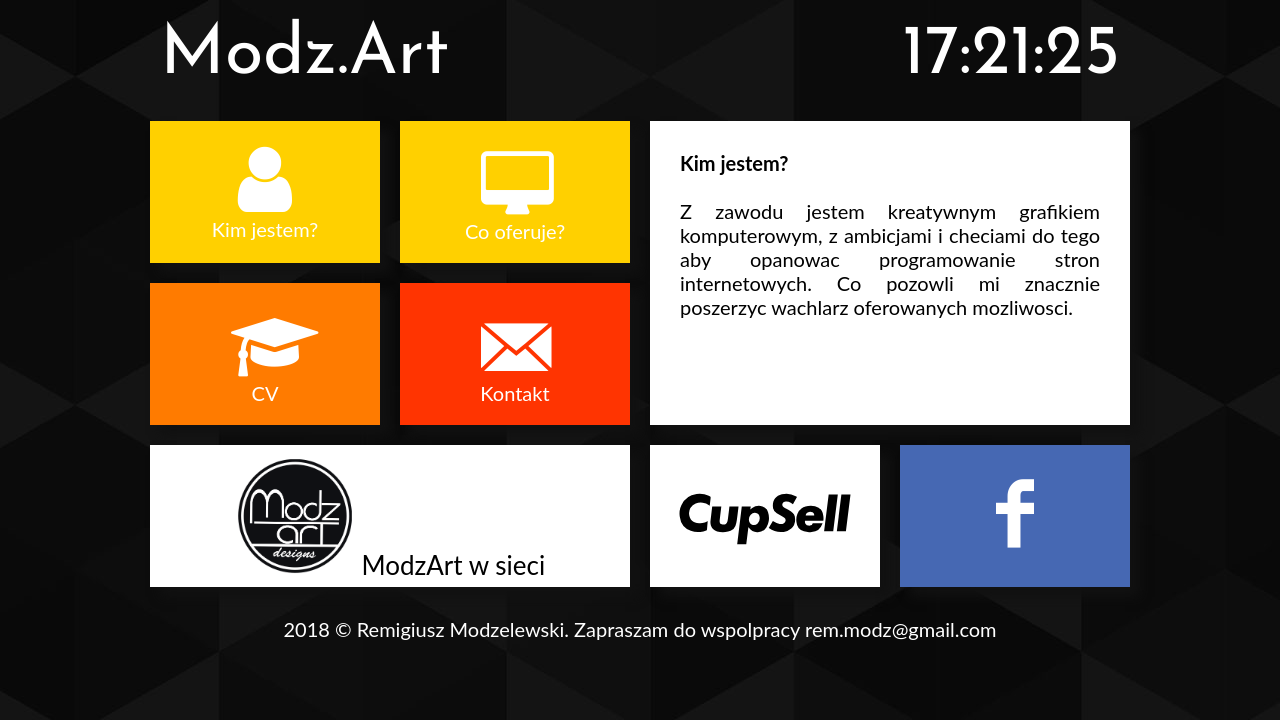
Repository: RemModz/Portfolio
Page: kimjestem.html
These files come from the project's save history. The page is drawn as it stood at one moment and after the next save; the edit follows.
The browser window is 1280 px wide. The pictures show the whole page.

Above is the page before, as saved 2018-11-14 17:30:54.

After the next save:
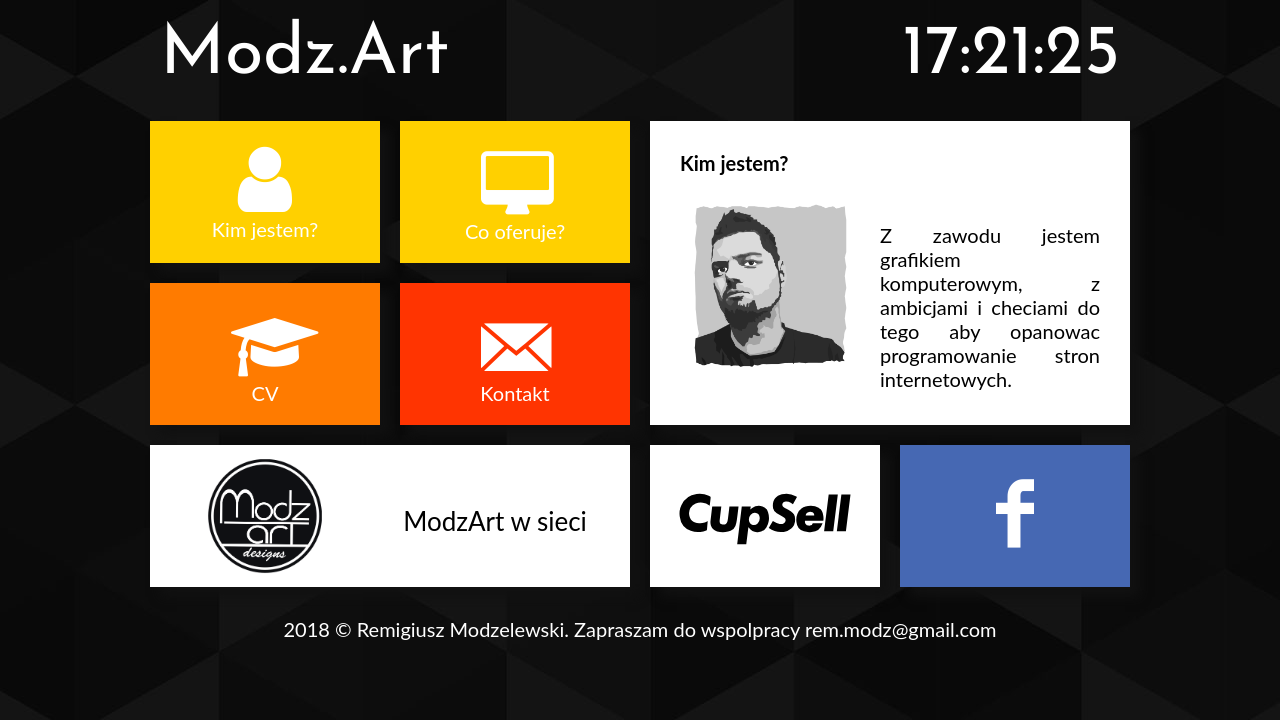
Saved 29 s later.
--- a/kimjestem.html
+++ b/kimjestem.html
@@ -40,13 +40,17 @@
                     <a href="kontakt.html" class="tilelink"> <i class="icon-email"></i><br />Kontakt </a>
             </div>
             <div style="clear:both;"></div>
+            <div class="tile4">
 
-            <div class="tile4"><img src="modzartlogo.svg" alt="ModzArt Logo"> ModzArt w sieci</div>
+                    <img src="modzartlogo.svg" alt="ModzArt">  <span class="wsieci"> ModzArt w sieci </span>
+
+            </div>
+
             <div style="clear:both;"></div>
         </div>
 
         <div class="square">
-            <div class="tile5"> <b>Kim jestem?</b> <br /> <br /> Z zawodu jestem kreatywnym grafikiem komputerowym, z ambicjami i checiami do tego aby opanowac programowanie stron internetowych. Co pozowli mi znacznie poszerzyc wachlarz oferowanych mozliwosci. </div>
+            <div class="tile5"> <b>Kim jestem?</b> <br />  <img src="me.svg" align="left": > <br /><br />Z zawodu jestem grafikiem komputerowym, z ambicjami i checiami do tego aby opanowac programowanie stron internetowych. <br /></div>
 
             <div class="cupsell">
                     <a href="http://www.modzart.cupsell.pl" target="_blank" class="sociallink"><img src="cupsell.svg" alt="CupSell"></a></div>
